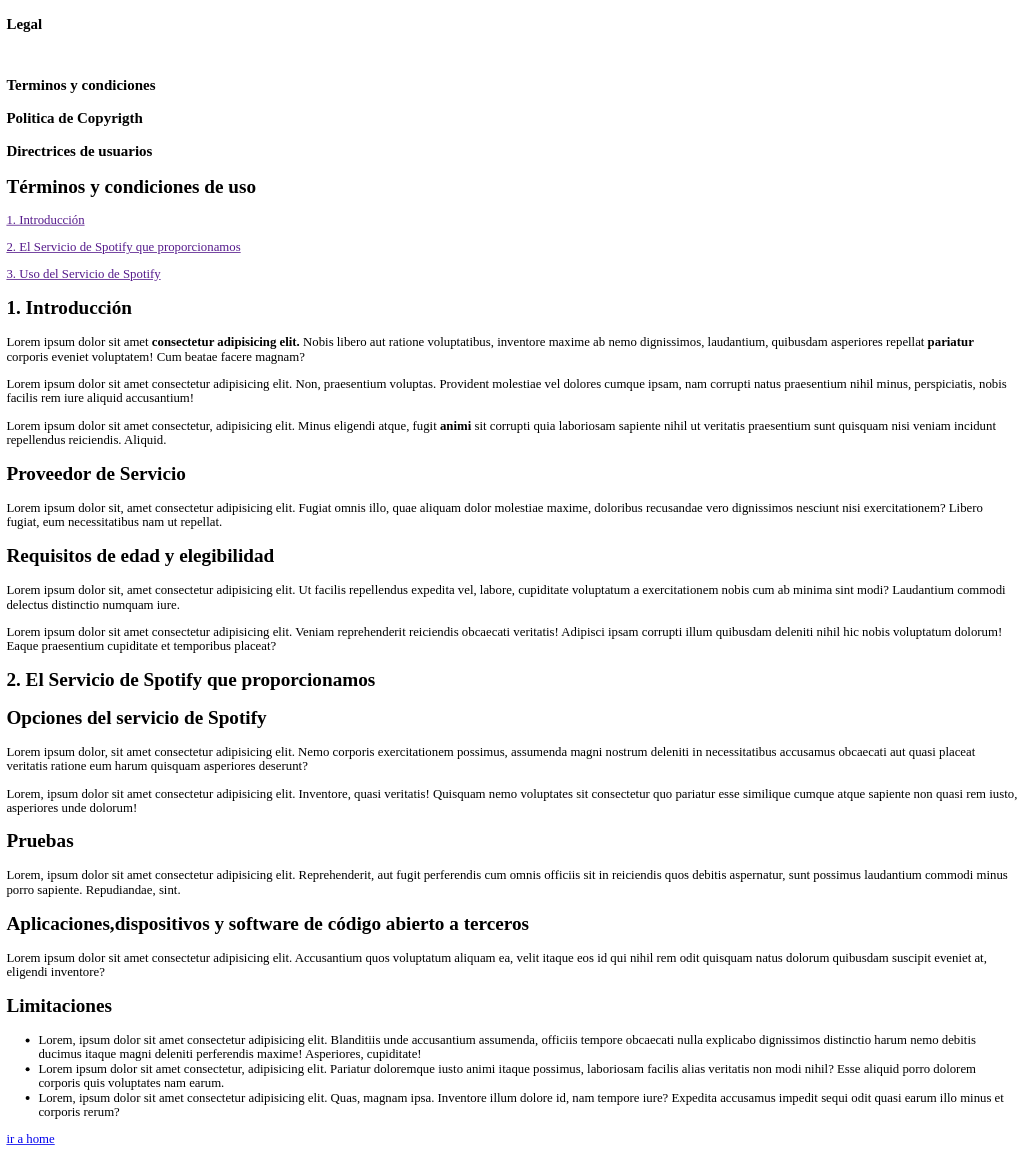
Repository: Devbenitez/Gen_30
Page: Gen_30/Maquetado/practicas/index.html
An editor plug-in stored every save of this project. The page is shown before and after the next save, followed by the edit.
The browser window is 1280 px wide. The pictures show the whole page, at 80% of full size.

Above is the page before, as saved 2023-11-07 23:35:47.

After the next save:
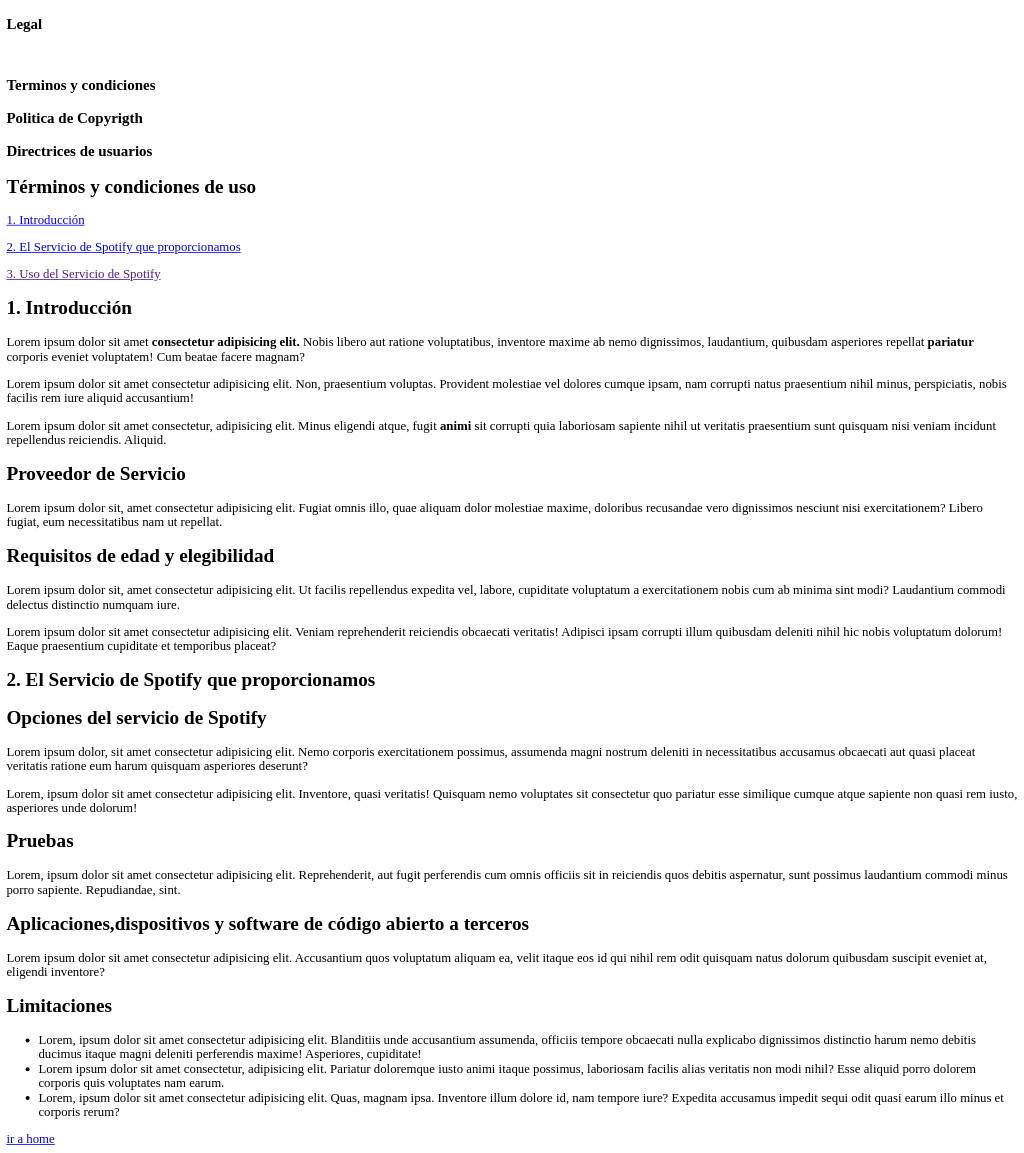
Saved 4 min 40 s later.
--- a/Gen_30/Maquetado/practicas/index.html
+++ b/Gen_30/Maquetado/practicas/index.html
@@ -17,11 +17,11 @@
     <h1>Términos y condiciones de uso</h1>
 </section>
 <section>
-    <p><a href="">1. Introducción</a></p>
-    <p><a href="">2. El Servicio de Spotify que proporcionamos</a></p>
+    <p><a href="#Introducción">1. Introducción</a></p>
+    <p><a href="servicio de spotify">2. El Servicio de Spotify que proporcionamos</a></p>
     <p><a href="">3. Uso del Servicio de Spotify</a></p>
 </section>
-<section>
+<section id="Introducción">
     <h1>1. Introducción</h1>
     <p>
         Lorem ipsum dolor sit amet <b>consectetur adipisicing elit.</b> Nobis libero aut ratione voluptatibus, inventore maxime ab nemo dignissimos, laudantium, quibusdam asperiores repellat <b>pariatur</b> corporis eveniet voluptatem! Cum beatae facere magnam?
@@ -43,7 +43,8 @@
     <p>
         Lorem ipsum dolor sit amet consectetur adipisicing elit. Veniam reprehenderit reiciendis obcaecati veritatis! Adipisci ipsam corrupti illum quibusdam deleniti nihil hic nobis voluptatum dolorum! Eaque praesentium cupiditate et temporibus placeat?
     </p>
-
+</section>
+<section id="servicio de spotify">
     <h1>2. El Servicio de Spotify que proporcionamos</h1>
     <h2>Opciones del servicio de Spotify</h2>
     <p>
